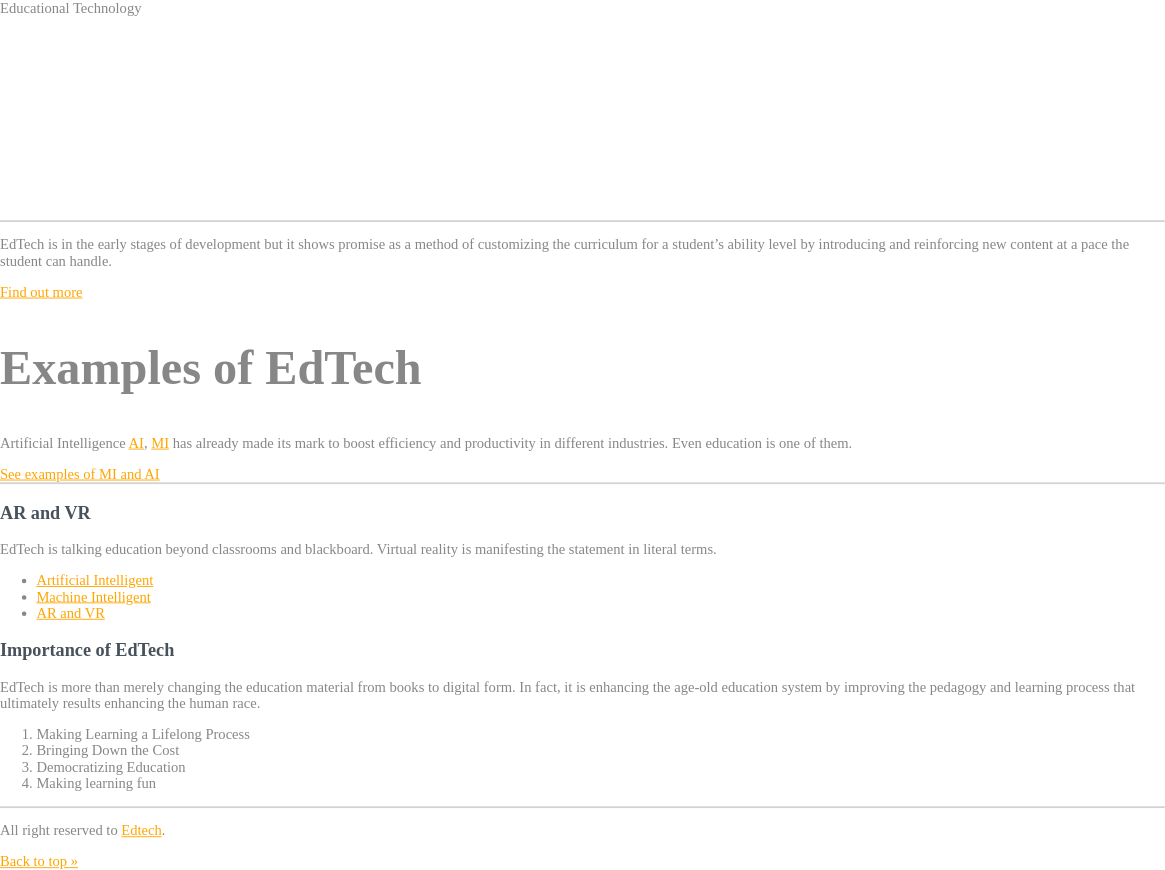
Repository: tunmishyi/edtech
Page: index.html
An editor plug-in stored every save of this project. The page is shown before and after the next save, followed by the edit.
The browser window is 1280 px wide. The pictures show the whole page, at 91% of full size.

Above is the page before, as saved 2020-06-06 21:20:06.

After the next save:
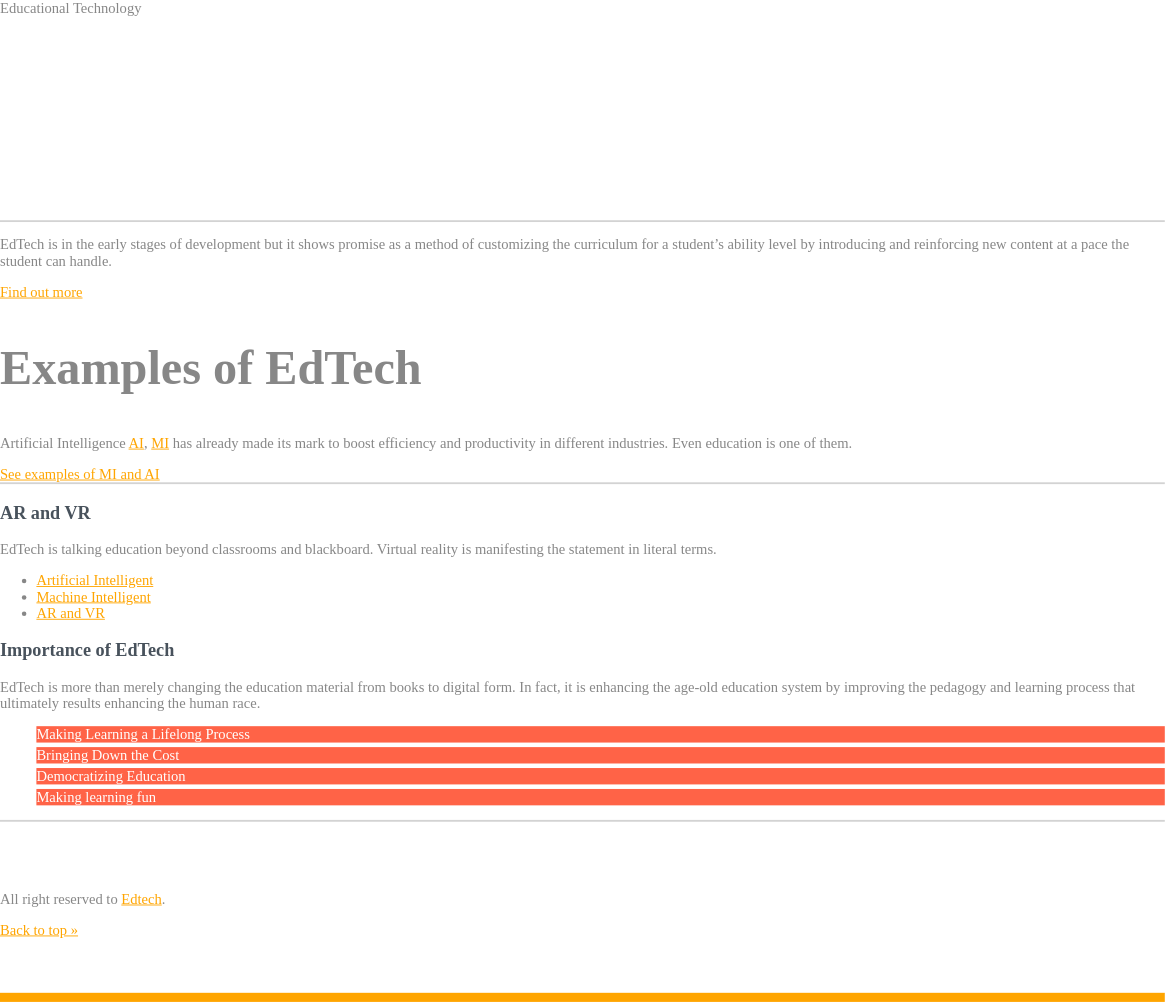
Saved 2 min 3 s later.
--- a/style.css
+++ b/style.css
@@ -20,6 +20,22 @@ h1 {
         color: #48525c;
     }
 
+    #main-footer {
+        padding-top: 60px;
+        padding-bottom: 60px;
+        border-bottom: solid 10px orange;
+    }
+
+    .title {
+        color: white;
+        font-size: 26px;
+    }
+
+    ol li {
+        background-color: tomato;
+        color: white;
+        margin-bottom: 5px;
+    }
     .primary-content {
         text-align: center;
     }
